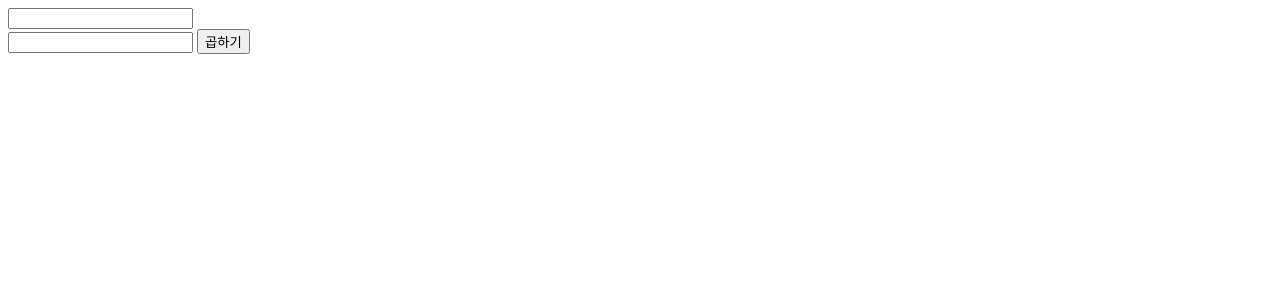
Repository: kdh2212/KDT_code
Page: http://localhost/20250801Web/form1.jsp
The author's editor kept a copy of each file at every save. The page is drawn from the files as they stood at one save, then again after the next save.
The browser window is 1280 px wide. The pictures show the whole page.
The page is served by Tomcat 9.

Above is the page before, as saved 2025-08-01 02:05:02.

After the next save:
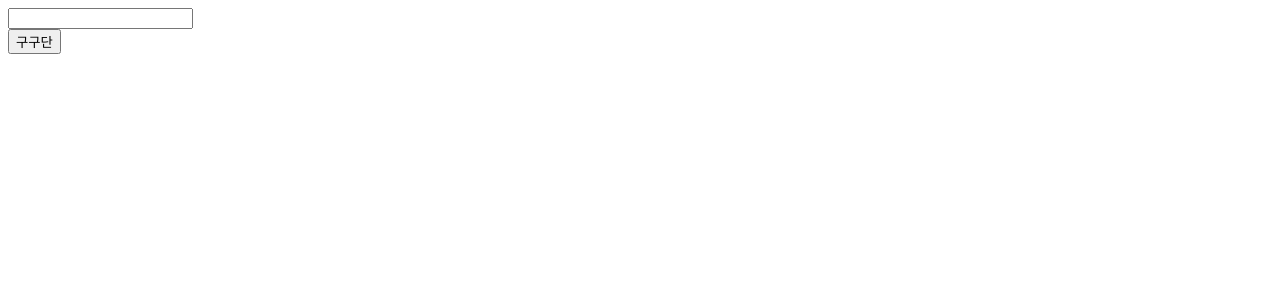
Saved 74 s later.
--- a/20250801Web/src/main/webapp/form1.jsp
+++ b/20250801Web/src/main/webapp/form1.jsp
@@ -9,8 +9,7 @@
 <body>
 <form action="result.jsp">
 <input type="text" name="val1" /><br/>
-<input type="text" name="val2" />
-<input type="submit" value="곱하기"/>
+<input type="submit" value="구구단"/>
 </form>
 </body>
 </html>
